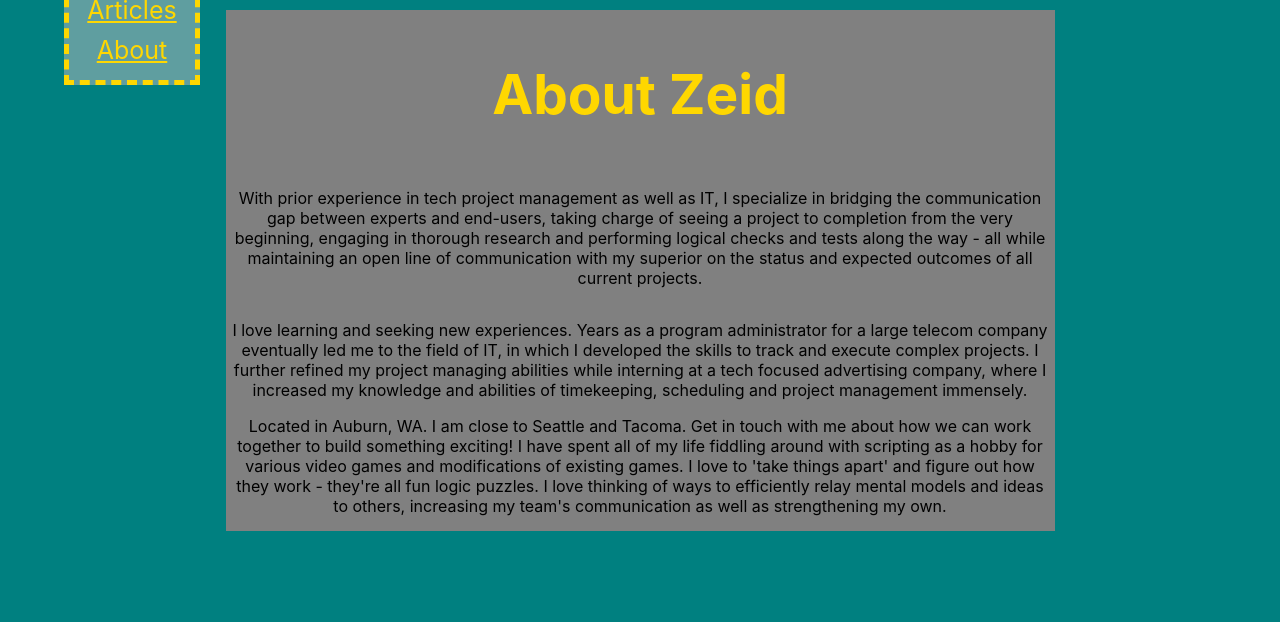
Repository: zeidalidiez/portfolioreact
Page: /About
An editor plug-in stored every save of this project. The page is shown before and after the next save, followed by the edit.
The browser window is 1280 px wide. The pictures show the whole page.
The project was rebuilt for these pictures with package versions that can differ from the ones it lists, and the page was loaded fresh each time. Also part of the build but not shown: src/components/Thumbnail.js, src/components/Projects.js, src/components/Articles.js.

Above is the page before, as saved 2021-02-08 17:46:07.

### public/index.html
<!DOCTYPE html>
<html lang="en">
  <head>
    <meta charset="utf-8" />
    <link href="data:[embedded picture, 289 characters]" rel="icon" type="image/x-icon" />    <meta name="viewport" content="width=device-width, initial-scale=1" />
    <meta name="theme-color" content="#000000" />
    <meta
      name="description"
      content="Web site created using create-react-app"
    />    <!--
      manifest.json provides metadata used when your web app is installed on a
      user's mobile device or desktop. See https://developers.google.com/web/fundamentals/web-app-manifest/
    -->
    <link rel="manifest" href="%PUBLIC_URL%/manifest.json" />
    <!--
      Notice the use of %PUBLIC_URL% in the tags above.
      It will be replaced with the URL of the `public` folder during the build.
      Only files inside the `public` folder can be referenced from the HTML.

      Unlike "/favicon.ico" or "favicon.ico", "%PUBLIC_URL%/favicon.ico" will
      work correctly both with client-side routing and a non-root public URL.
      Learn how to configure a non-root public URL by running `npm run build`.
    -->
    <title>Zeid Diez - Portfolio</title>
  </head>
  <body>
    <noscript>You need to enable JavaScript to run this app.</noscript>
    <div id="root"></div>
    <!--
      This HTML file is a template.
      If you open it directly in the browser, you will see an empty page.

      You can add webfonts, meta tags, or analytics to this file.
      The build step will place the bundled scripts into the <body> tag.

      To begin the development, run `npm start` or `yarn start`.
      To create a production bundle, use `npm run build` or `yarn build`.
    -->
  </body>
</html>

### src/index.js
import React from 'react';
import ReactDOM from 'react-dom';
import './index.css';
import App from './components/App';
import reportWebVitals from './reportWebVitals';

ReactDOM.render(
  <React.StrictMode>
  <App />
  </React.StrictMode>,
  document.getElementById('root')
);

// If you want to start measuring performance in your app, pass a function
// to log results (for example: reportWebVitals(console.log))
// or send to an analytics endpoint. Learn more: https://bit.ly/CRA-vitals
reportWebVitals();

### src/components/App.js
// App.jsx

import React from 'react';
import logo from './logo.svg';
// Import the BrowserRouter, Route and Link components
import {Route, BrowserRouter as Router, Link} from "react-router-dom";
import Projects from './Projects.js';
import Articles from './Articles.js';
import About from './About.js';
import './App.css';

function App() {
  return (
    <header>
    <Router>
      <div className="App">
        <Route exact path="/Projects" component={Projects} />
        <Route exact path="/Articles" component={Articles} />
        <Route exact path="/About" component={About} />
  <nav>
        <div className="navigation">
          <div className="navigation-sub">
            <Link to="/Projects" className="item">Projects</Link>
            <Link to="/Articles" className="item">Articles</Link>
            <Link to="/About" className="item">About</Link>

          </div>
        </div>
        </nav>
      </div>
    </Router>
    <menu>

</menu>
    </header>


  );
}

export default App;

### src/components/About.js
import React from "react"

function About(props) {
  return (
    <div className="aboutDiv">
      <h2>About Zeid</h2>

      <p>With prior experience in tech project management as well as IT, I specialize in bridging the communication gap between experts and end-users, taking charge of seeing a project to completion from the very beginning, engaging in thorough research and performing logical checks and tests along the way - all while maintaining an open line of communication with my superior on the status and expected outcomes of all current projects. </p>

      <p>I love learning and seeking new experiences. Years as a program administrator for a large telecom company eventually led me to the field of IT, in which I developed the skills to track and execute complex projects. I further refined my project managing abilities while interning at a tech focused advertising company, where I increased my knowledge and abilities of timekeeping, scheduling and project management immensely.</p>



Located in Auburn, WA. I am close to Seattle and Tacoma. Get in touch with me about how we can work together to build something exciting!



I have spent all of my life fiddling around with scripting as a hobby for various video games and modifications of existing games.

I love to 'take things apart' and figure out how they work - they're all fun logic puzzles. I love thinking of ways to efficiently relay mental models and ideas to others, increasing my team's communication as well as strengthening my own.
    </div>
  )
}

export default About;

### src/components/App.css

body {
  background-color: teal;
  display: grid;
}
div {
display: grid;
padding: 5px;
position: relative;
text-align: center;
padding-bottom: 15px;

}

h2 {
  color: Gold;
  font-size: 55px;
}

div.project {
  text-align: center;
  font-family: Georgia, "Times New Roman", Times, serif;
  font-style: italic;
  padding-bottom: 15px;
  border: 5px dashed gold;
  width: 80%;
  justify-self: center;
}

div.project-title {
  position: relative;
  text-align: center;
  font-family: Georgia, "Times New Roman", Times, serif;
  font-style: italic;
  padding-bottom: 15px;

}

.navigation {
text-align: center;
align-self: center;
top: 0;
position: fixed;
  }

.navigation-sub {
padding: 10px;
text-align: center;
align-self: center;
bottom: auto;
left: 5%;
position: fixed;
border: 5px dashed gold;
background-color: cadetblue;
font-size: 25px;
}

a {
  display: grid;
padding: 5px;
text-align: center;
align-self: center;
}

img {
  display: block;
  margin-left: auto;
  margin-right: auto;
  width: 50%;
}


/* unvisited link */
a:link {
  color: gold;
}

/* visited link */
a:visited {
  color: rgb(255, 208, 0);
}

/* mouse over link */
a:hover {
  color: rgb(255, 174, 0);
}

/* selected link */
a:active {
  color: rgb(255, 0, 0);
}

.aboutDiv {
  background-color: grey;
  width: 65%;
  justify-self: center;

}

@media screen and (max-width: 800px) {
  .navigation {
    text-align: center;
    align-self: center;
    top: 0;
    position: fixed;
      }

    .navigation-sub {
    padding: 10px;
    text-align: center;
    align-self: center;
    bottom: auto;
    left: 5%;
    position: fixed;
    border: 5px dashed gold;
    background-color: cadetblue;
    font-size: 10px;
    }
}

Loaded but not shown: src/index.css (common file); src/reportWebVitals.js (common file)

After the next save:
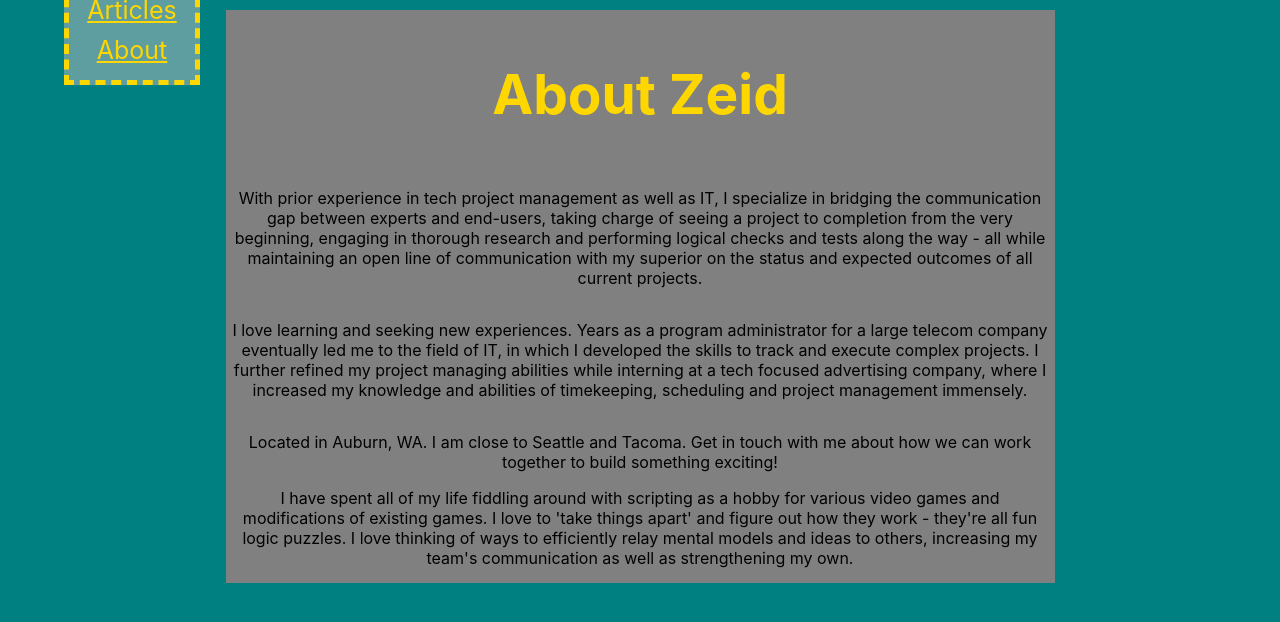
Saved 27 s later.
--- a/src/components/About.js
+++ b/src/components/About.js
@@ -8,10 +8,7 @@ function About(props) {
       <p>With prior experience in tech project management as well as IT, I specialize in bridging the communication gap between experts and end-users, taking charge of seeing a project to completion from the very beginning, engaging in thorough research and performing logical checks and tests along the way - all while maintaining an open line of communication with my superior on the status and expected outcomes of all current projects. </p>
 
       <p>I love learning and seeking new experiences. Years as a program administrator for a large telecom company eventually led me to the field of IT, in which I developed the skills to track and execute complex projects. I further refined my project managing abilities while interning at a tech focused advertising company, where I increased my knowledge and abilities of timekeeping, scheduling and project management immensely.</p>
-
-
-
-Located in Auburn, WA. I am close to Seattle and Tacoma. Get in touch with me about how we can work together to build something exciting!
+      <p> Located in Auburn, WA. I am close to Seattle and Tacoma. Get in touch with me about how we can work together to build something exciting! </p>
 
 
 
